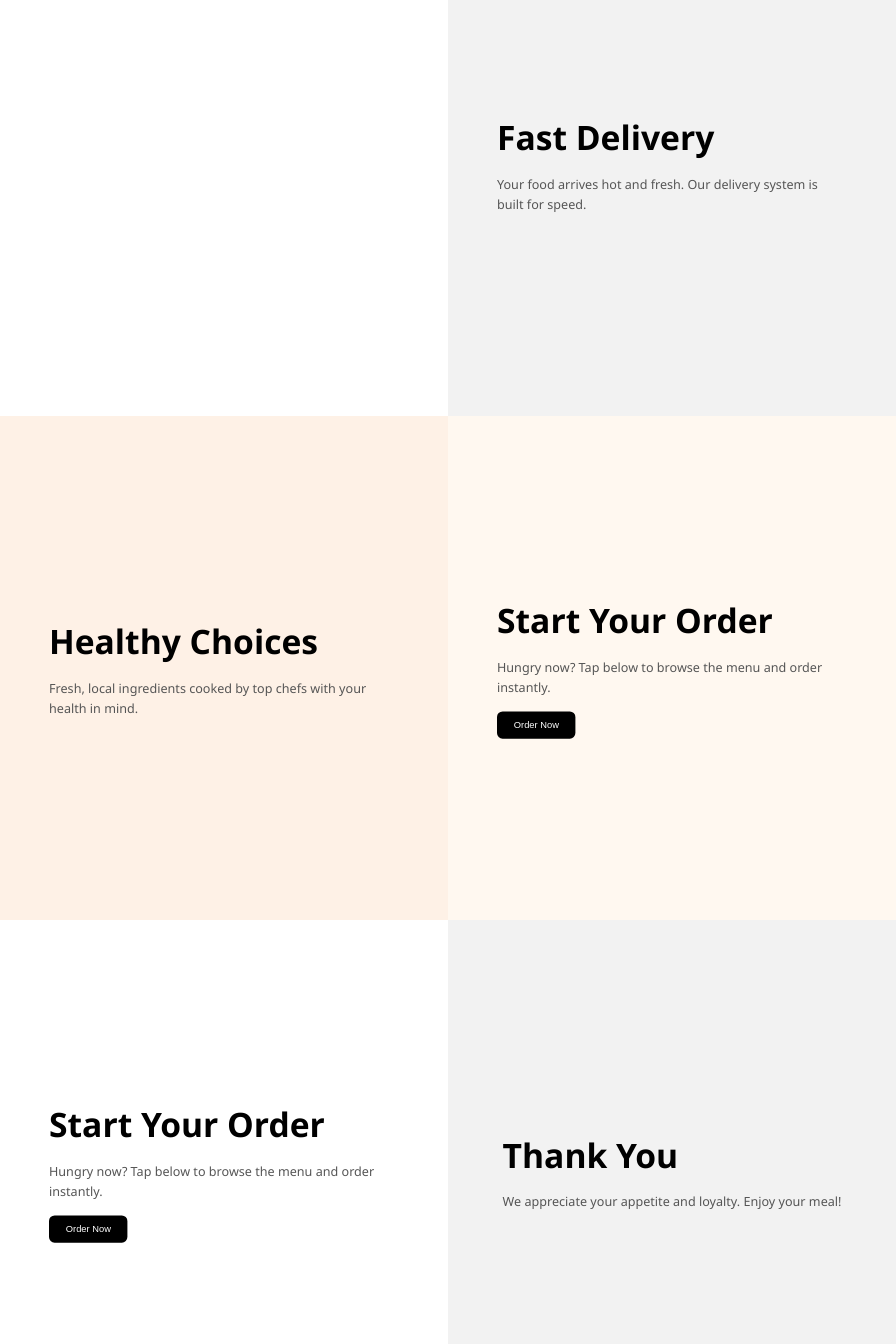
Repository: Rupeswarbhainsa777/Food-Web-App
Page: TapFoodApp/src/main/webapp/landing.html
The author's editor kept a copy of each file at every save. The page is drawn from the files as they stood at one save, then again after the next save.
The browser window is 1280 px wide. The pictures show the part of the page from y = 846 to 2766 px (the page is 2880 px tall), at 70% of full size.

Above is the page before, as saved 2025-05-01 18:54:40.

### TapFoodApp/src/main/webapp/landing.html
<!DOCTYPE html>
<html lang="en">
<head>
  <meta charset="UTF-8" />
  <meta name="viewport" content="width=device-width, initial-scale=1" />
  <title>4-Section Landing Page</title>
  <style>
    * {
      box-sizing: border-box;
      margin: 0;
      padding: 0;
    }

    body {
      font-family: 'Segoe UI', sans-serif;
      overflow-x: hidden;
    }

    section {
      display: flex;
      height: 100vh;
      width: 100%;
    }

    .left, .right {
      flex: 1;
      display: flex;
      align-items: center;
      justify-content: center;
      padding: 40px;
    }

    .left {
      background: #fff;
    }

    .right {
      background: #f2f2f2;
    }

    .content {
      max-width: 500px;
    }

    .content h1 {
      font-size: 48px;
      margin-bottom: 20px;
    }

    .content p {
      font-size: 18px;
      line-height: 1.6;
      color: #555;
    }

    .content button {
      margin-top: 20px;
      padding: 12px 24px;
      background: black;
      color: white;
      border: none;
      border-radius: 8px;
      cursor: pointer;
      transition: background 0.3s ease;
    }

    .content button:hover {
      background: #333;
    }

    .section:nth-child(even) .left {
      background: #fef1e6;
    }

    .section:nth-child(even) .right {
      background: #fff8f0;
    }

    @media (max-width: 768px) {
      section {
        flex-direction: column;
      }

      .left, .right {
        height: 50vh;
      }

      .content h1 {
        font-size: 32px;
      }

      .content p {
        font-size: 16px;
      }
    }

    #bee_model {
      position: fixed;
      width: 100%;
      height: 100%;
      pointer-events: none;
      z-index: 100;
      transition: transform 1s ease-out;
    }
  </style>
</head>
<body>

  <!-- 3D Bee Model with ID for JavaScript manipulation -->
  <model-viewer
    src="sarah_terra_battle_2.glb"
    id="bee_model">
  </model-viewer>

  <!-- Content Sections -->
  <section class="section">
    <div class="left">
      <div class="content">
        <h1>Welcome to CodeFood</h1>
        <p>Explore the best meals around you. Quick, tasty, and affordable.</p>
        <button>Get Started</button>
      </div>
    </div>
    <div class="right">
      <div class="content">
        <h1></h1>
        <p></p>
      </div>
    </div>
  </section>

  <section class="section">
    <div class="left">
      <div class="content">
        <h1></h1>
        <p></p>
      </div>
    </div>
    <div class="right">
      <div class="content">
       <h1>Fast Delivery</h1>
        <p>Your food arrives hot and fresh. Our delivery system is built for speed.</p>
      </div>
    </div>
  </section>

  <section class="section">
    <div class="left">
      <div class="content">
        <h1>Healthy Choices</h1>
        <p>Fresh, local ingredients cooked by top chefs with your health in mind.</p>
      </div>
    </div>
    <div class="right">
      <div class="content">
         <h1>Start Your Order</h1>
        <p>Hungry now? Tap below to browse the menu and order instantly.</p>
        <button onclick="location.href='ResturantServlet'">Order Now</button>
      </div>
    </div>
  </section>

  <section class="section">
    <div class="left">
      <div class="content">
         <h1>Start Your Order</h1>
        <p>Hungry now? Tap below to browse the menu and order instantly.</p>
        <button onclick="location.href='ResturantServlet'">Order Now</button>
      </div>
    </div>
    <div class="right">
      <div class="content">
         <h1>Thank You</h1>
        <p>We appreciate your appetite and loyalty. Enjoy your meal!</p>
      </div>
      </div>


  </section>

  <!-- JavaScript: Scroll-based Model Movement & Camera Orbit -->
  <script>
    const beemodel = document.getElementById("bee_model");
    const sections = Array.from(document.querySelectorAll("section"));

    const shiftPosition = [25, -25, 25, 0];  // X-axis shifts
    const cameraOrbit = [
      [45, 90],    // Section 0
      [-45, 90],   // Section 1
      [45, 90],   // Section 2
      [45, 90]     // Section 3
    ];

    const sectionOffsets = sections.map(section => section.offsetTop);
    const lastSectionIndex = sections.length - 1;

    const interpolate = (start, end, progress) =>
      start + (end - start) * progress;

    const getScrollProgress = scrollY => {
      for (let i = 0; i < lastSectionIndex; i++) {
        if (scrollY >= sectionOffsets[i] && scrollY < sectionOffsets[i + 1]) {
          return i + ((scrollY - sectionOffsets[i]) / (sectionOffsets[i + 1] - sectionOffsets[i]));
        }
      }
      return lastSectionIndex;
    };

    window.addEventListener("scroll", () => {
      const scrollProgress = getScrollProgress(window.scrollY);
      const sectionIndex = Math.floor(scrollProgress);
      const sectionProgress = scrollProgress - sectionIndex;

      const currentShift = interpolate(
        shiftPosition[sectionIndex],
        shiftPosition[sectionIndex + 1] ?? shiftPosition[sectionIndex],
        sectionProgress
      );

      const currentOrbit = cameraOrbit[sectionIndex].map((val, i) =>
        interpolate(val, cameraOrbit[sectionIndex + 1]?.[i] ?? val, sectionProgress)
      );

      beemodel.style.transform = `translateX(${currentShift}%)`;
      beemodel.setAttribute("camera-orbit", `${currentOrbit[0]}deg ${currentOrbit[1]}deg`);
    });
  </script>

  <!-- Model Viewer Library -->
  <script type="module" src="https://ajax.googleapis.com/ajax/libs/model-viewer/4.0.0/model-viewer.min.js"></script>
</body>
</html>

After the next save:
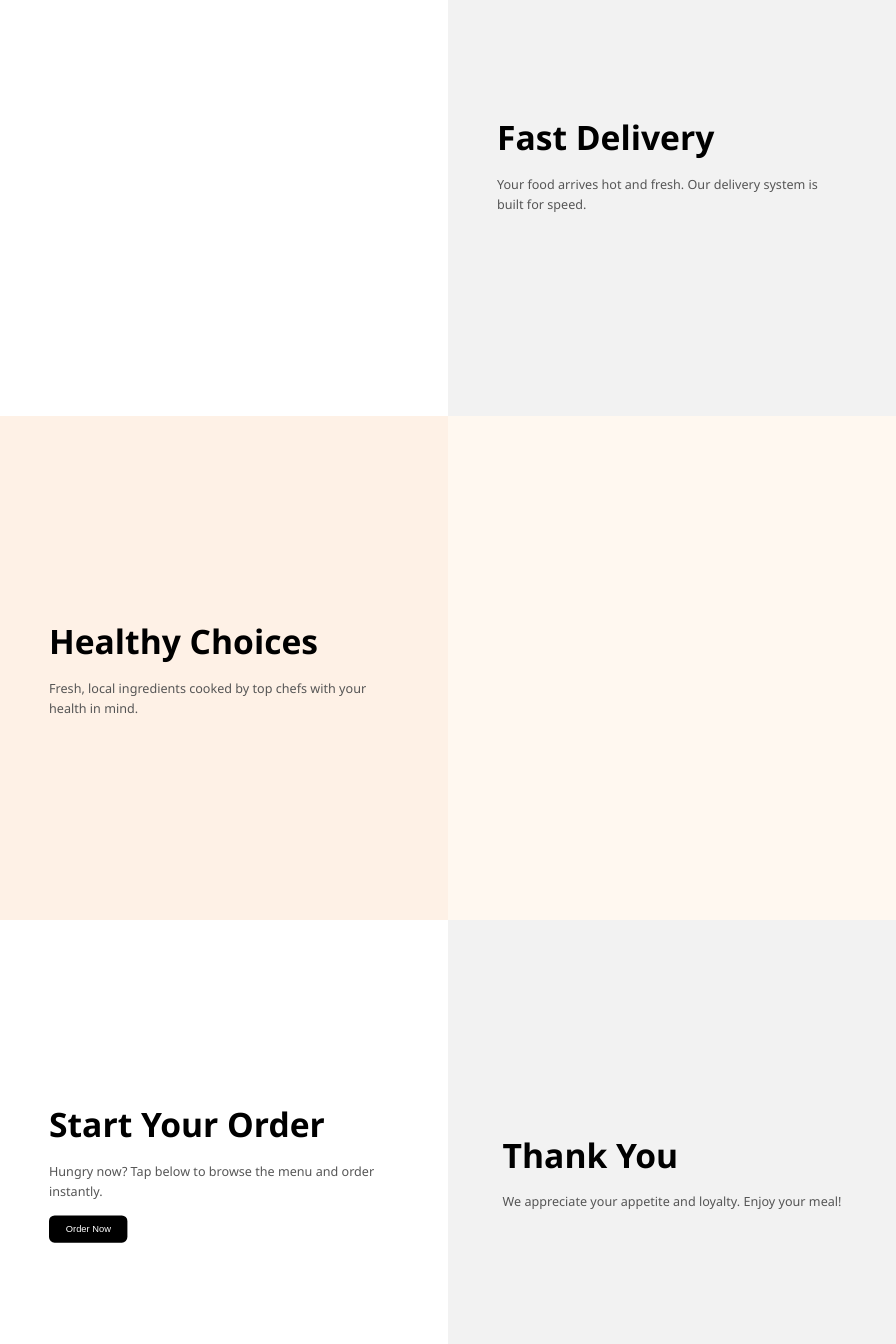
Saved 56 s later.
--- a/TapFoodApp/src/main/webapp/landing.html
+++ b/TapFoodApp/src/main/webapp/landing.html
@@ -153,9 +153,9 @@
     </div>
     <div class="right">
       <div class="content">
-         <h1>Start Your Order</h1>
-        <p>Hungry now? Tap below to browse the menu and order instantly.</p>
-        <button onclick="location.href='ResturantServlet'">Order Now</button>
+       <h1>
+       </h1>
+       <p></p>
       </div>
     </div>
   </section>
